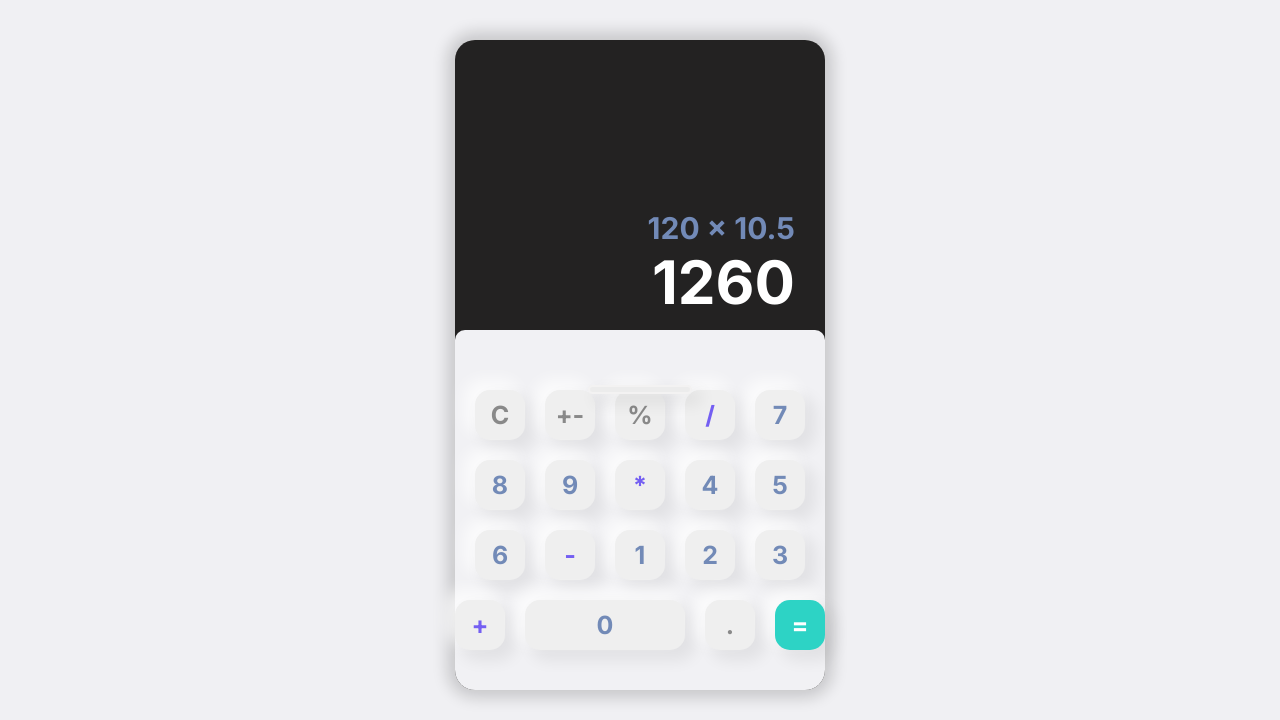
Repository: BrunoBross/calculator
Page: index.html
These files come from the project's save history. The page is drawn as it stood at one moment and after the next save; the edit follows.
The browser window is 1280 px wide. The pictures show the whole page.

Above is the page before, as saved 2021-12-01 00:00:24.

### index.html
<!DOCTYPE html>
<html lang="en">
<head>
  <meta charset="UTF-8">
  <meta http-equiv="X-UA-Compatible" content="IE=edge">
  <meta name="viewport" content="width=device-width, initial-scale=1.0">
  <title>Calculator</title>
  <link rel="stylesheet" href="./style.css">
  <link rel="preconnect" href="https://fonts.googleapis.com">
  <link rel="preconnect" href="https://fonts.gstatic.com" crossorigin>
  <link href="https://fonts.googleapis.com/css2?family=Inter:wght@400;500;700&display=swap" rel="stylesheet">
</head>
<body>
  <main>
    <div class="calculator">
      <div class="view">
        <span id="history">120 x 10.5</span>
        <span id="result">1260</span>
      </div>
      <div class="buttons">
        <div id="effect"></div>
        <button class="extra" id="reset">C</button>
        <button class="extra" id="moreless">+-</button>
        <button class="extra" id="percent">%</button>
        <button class="operator" id="division">/</button>
        <button class="number" id="seven">7</button>
        <button class="number" id="eight">8</button>
        <button class="number" id="nine">9</button>
        <button class="operator" id="multiply">*</button>
        <button class="number" id="four">4</button>
        <button class="number" id="five">5</button>
        <button class="number" id="six">6</button>
        <button class="operator" id="less">-</button>
        <button class="number" id="one">1</button>
        <button class="number" id="two">2</button>
        <button class="number" id="three">3</button>
        <button class="operator" id="plus">+</button>
        <button class="number" id="zero">0</button>
        <button class="extra" id="dot">.</button>
        <button class="equals" id="equals">=</button>
      </div>
    </div>
    <div class="frufrus">
      <div class="small-square"></div>
      <div class="square"></div>
      <div class="small-circle"></div>
      <div class="circle"></div>
    </div>
  </main>
</body>
<script src="./script.js"></script>
</html>

### style.css
*{
  padding: 0;
  margin: 0;
  font-family: 'Inter', sans-serif;
  font-weight: 700;
}

body{
  background-color: #F0F0F3;
}

main{
  display: flex;
  justify-content: center;
  margin-top: 40px;
}

.calculator{
  background-color: #232222;
  display: flex;
  flex-direction: column;
  width: 370px;
  height: 650px;
  border-radius: 20px;
  box-shadow: 0 0 15px 8px #0000002a;
}

.view{
  display: flex;
  flex-direction: column;
  align-items: flex-end;
  height: 200px;
  margin-top: 170px;
  margin-right: 30px;
}

.view > span{
  color: #FFF;
  font-size: 60px;
}

#history{
  font-size: 30px;
  color: #728AB7;
}

.buttons{
  padding-top: 60px;
  padding-bottom: 40px;
  background-color: #F1F1F4;
  display: flex;
  justify-content: center;
  flex-wrap: wrap;
  gap: 20px;
  border-radius: 10px 10px 20px 20px;
}

.buttons > button{
  box-shadow: 8px 8px 15px 3px #00000010, -8px -8px 15px 3px #ffffffb0;
  border: none;
  height: 50px;
  width: 50px;
  border-radius: 15px;
  cursor: pointer;
  transition: 0.3s;
  font-size: 25px;
}

button:hover{
  background-color: #cccccc;
}

.equals:hover{
  background-color: #28a59a;
}

#zero{
  width: 160px;
}

.number{
  color: #728AB7;
}

.operator{
  color: #745FF2;
}

.equals{
  color: white;
  background-color: #2DD3C5;
}

.extra{
  color: #898989;
}

#effect{
  background-color: rgb(236, 236, 236);
  border: 2px solid #f3f2f2;
  border-radius: 5px;
  box-shadow: 8px 8px 15px 3px #00000010;
  height: 5px;
  width: 100px;
  position: absolute;
  top: 385px;
}

.frufrus{
  height: 100%;
}

.small-square{
  height: 250px;
  width: 200px;
  position: absolute;
  border-radius: 15px;
  top: 160px;
  left: 120px;
  box-shadow: 8px 8px 15px 3px #0000001c, -8px -8px 15px 3px #ffffff;}

.square{
  height: 300px;
  width: 300px;
  position: absolute;
  border-radius: 15px;
  top: 100px;
  right: 200px;
  box-shadow: 8px 8px 15px 3px #0000001c, -8px -8px 15px 3px #ffffff;}

.small-circle{
  height: 200px;
  width: 200px;
  position: absolute;
  border-radius: 50%;
  bottom: 100px;
  right: 140px;
  box-shadow: 8px 8px 15px 3px #0000001c, -8px -8px 15px 3px #ffffff;
}

.circle{
  height: 300px;
  width: 300px;
  position: absolute;
  border-radius: 50%;
  bottom: -80px;
  left: 140px;
  box-shadow: 8px 8px 15px 3px #0000001c, -8px -8px 15px 3px #ffffff;
}

@media only screen and (max-width: 1600px) {
  .frufrus{
    display: none;
  }
}

Loaded but not shown: script.js (no copy from this time; the picture is the same without it)

After the next save:
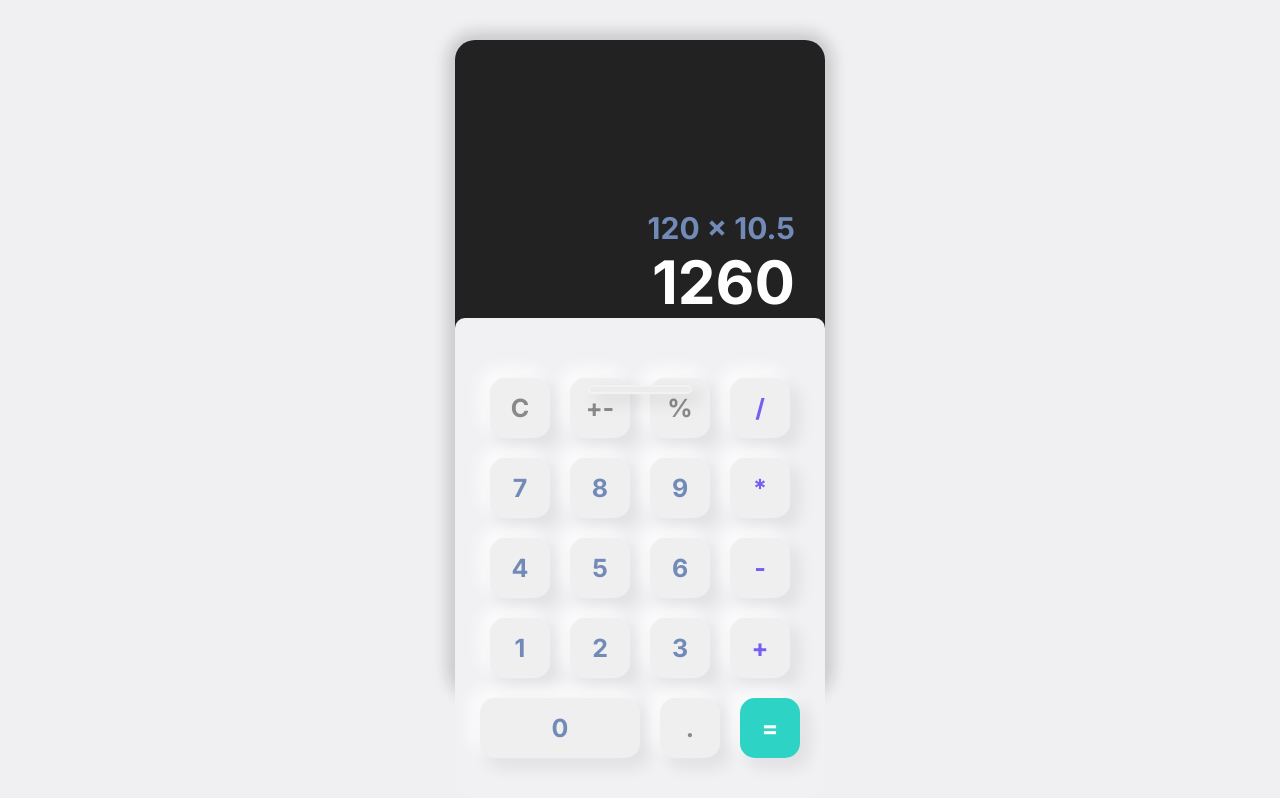
Saved 11 s later.
--- a/style.css
+++ b/style.css
@@ -58,8 +58,8 @@ main{
 .buttons > button{
   box-shadow: 8px 8px 15px 3px #00000010, -8px -8px 15px 3px #ffffffb0;
   border: none;
-  height: 50px;
-  width: 50px;
+  height: 60px;
+  width: 60px;
   border-radius: 15px;
   cursor: pointer;
   transition: 0.3s;
